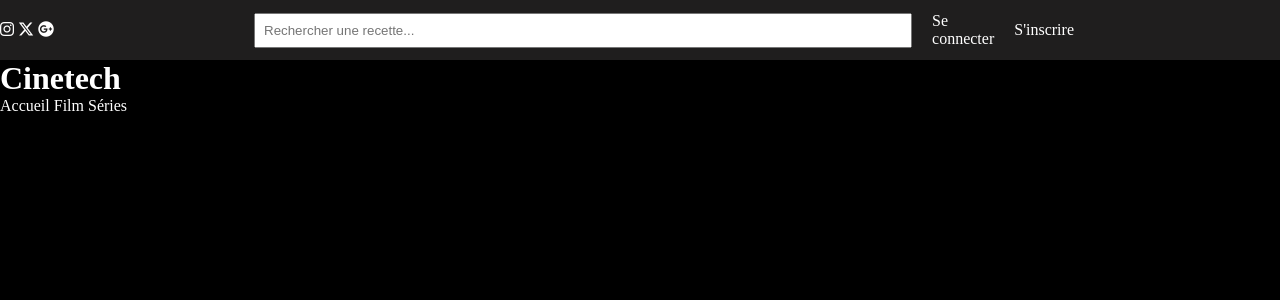
Repository: karim-sebih/cinetech
Page: index.html
These files come from the project's save history. The page is drawn as it stood at one moment and after a run of saves; the edit follows.
The browser window is 1280 px wide. The pictures show the whole page.
Some web libraries are served in a nearby version.

Above is the page before, as saved 2025-04-21 13:28:15.

### index.html
<!DOCTYPE html>
<html lang="fr">
<head>
    <meta charset="UTF-8">
    <meta name="viewport" content="width=device-width, initial-scale=1.0">
    <link rel="stylesheet" href="styles/index.css">
    <script src="https://kit.fontawesome.com/ca3234fc7d.js" crossorigin="anonymous"></script>
</script>
    <title>Cinetech</title>
</head>
<body>
    <header>
        <nav class="navbar">
            <div class="buttons">
                <a href="#"><i class="fa-brands fa-instagram"></i></a>

                <a href="#"><i class="fa-brands fa-x-twitter"></i></a>

                <a href="#"><i class="fa-brands fa-google-plus"></i></a>
            </div>
            <div class="search-container">
                <input type="text" id="search-bar" placeholder="Rechercher une recette..." autocomplete="off">
                <button id="clear-search">x</button>
                <div id="suggestions" class="suggestion-box"></div>

                <div class="sign">
                    <a href="#">Se connecter</a>
                    <a href="#">S'inscrire</a>
                </div>
        </nav>
    </header>
    <div class="secondnav">
        <div class="logo">
            <H1>Cinetech</H1>
        </div>
        <div class="nav">
            <a href="/index.html">Accueil</a>

            <a href="./pages/film.html">Film</a>

            <a href="./pages/séries.html">Séries</a>
        </div>
    </div>

</body>

<script src="./js/index.js"></script>


</html>

### styles/index.css
* {
    margin: 0;
    padding: 0;
    box-sizing: border-box;
  }


  a {
    text-decoration: none;
    color: white;
    font-family: "kodchasan";
  }

  body {
    margin: 0;
    width: 100%;
    min-height: 100vh;
    overflow-x: auto;
    background-color: black;
    color: white;
  }

  /* Nav bar */

  a{
    text-decoration: none;
    color: white;
  }

  a:hover{
  color: red;
  }

  header{
  position: relative;

  background-color: rgb(31, 30, 30);
  }

  .navbar {
  width: 100%;
  max-width: 1200px;
  height: 60px;
  margin: 0;
  display: flex;
  align-items: center;
  gap: 200px;

  }



.search-container {
  position: relative;
  width: 70%;
  display: flex;

  align-items: center;
}

#search-bar {
  width: 100%;
  height: 100%;
  padding: 8px;


  padding-right: 30px;
}

#clear-search {
  position: absolute;
  right: 8px;
  background: transparent;
  border: none;
  font-size: 16px;
  cursor: pointer;
  display: none; /* Caché par défaut */
}

.suggestion-box {
  position: absolute;
  width: 100%;
  background: white;

  max-height: 150px;
  overflow-y: auto;
  z-index: 1000;
  top: 35px;
}

.suggestion-item {
  padding: 8px;
  cursor: pointer;
}

.suggestion-item:hover {
  background: #f0f0f0;
}

#clear-search {
  background: none;
  border: none;
  font-size: 20px;
  color: black; /* X en noir */
  cursor: pointer;
  margin-bottom: 12px;
}


.sign{
  display: flex;
  align-items: center;

  padding: 20px;
  gap: 20Px;
}

Loaded but not shown: js/index.js (no copy from this time; the picture is the same without it)

After the next 26 saves:
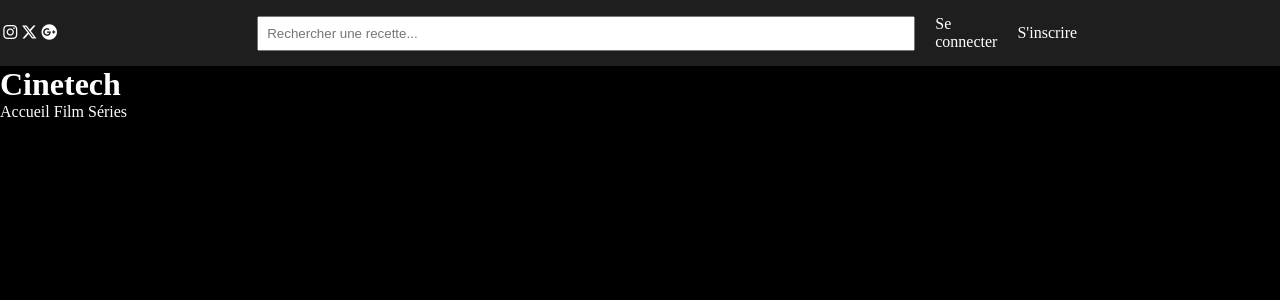
The 26 saves are shown as one change because they came seconds apart.
The last was saved 33 s later.
--- a/styles/index.css
+++ b/styles/index.css
@@ -33,7 +33,7 @@
 
   header{
   position: relative;
-
+  padding: 0.2rem;
   background-color: rgb(31, 30, 30);
   }
 
